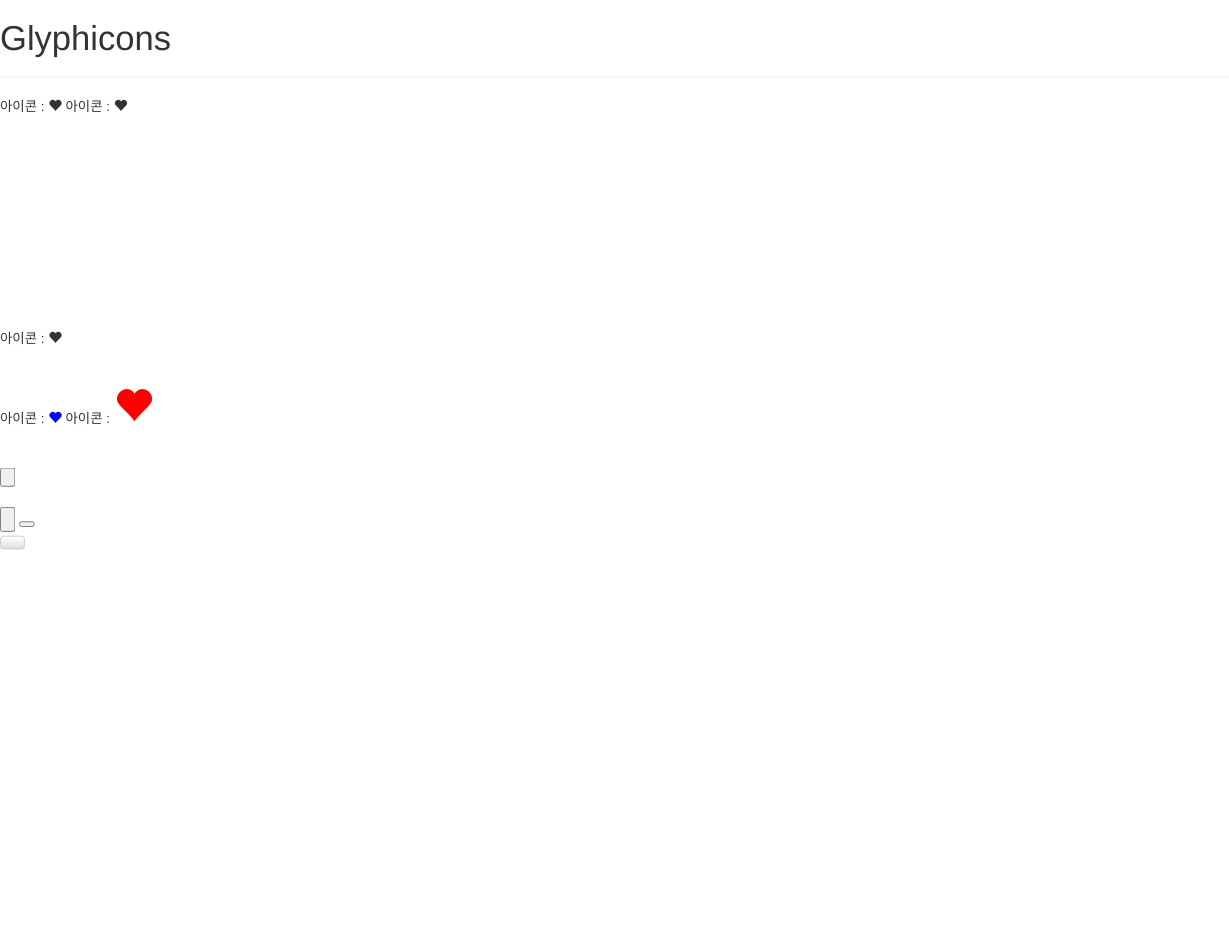
Repository: Umkimisstrong/UM_Webbb
Page: BootstrapApp/WebContent/BootEx08.html
The author's editor kept a copy of each file at every save. The page is drawn from the files as they stood at one save, then again after the next save.
The browser window is 1280 px wide. The pictures show the whole page, at 96% of full size.

Above is the page before, as saved 2022-05-16 05:29:16.

### BootstrapApp/WebContent/BootEx08.html
<!DOCTYPE html>
<html>
<head>
<meta charset="UTF-8">
<title>BootEx08.html</title>

<link rel="stylesheet" type="text/css" href="css/bootstrap.css">
<script type="text/javascript" src="http://code.jquery.com/jquery.min.js"></script>
<script type="text/javascript" src="js/bootstrap.min.js"></script>


<!-- 추가 check!! -->
<link rel="stylesheet" type="text/css" href="css/bootstrap-theme.css">

</head>
<body>

<div>
	<h1>Glyphicons</h1>
	<hr />
</div>


<!-- glyphicon 의 속성은 text 이다... (그림처럼 보이지만) -->
<div>
	아이콘 : <span class="glyphicon glyphicon-heart"></span>
	아이콘 : <span class="glyphicon glyphicon-heart" style="height: 200px;"></span>
</div>
<br /><br />

<div>
	아이콘 : <span class="glyphicon glyphicon-heart" style="width: 200px;"></span>
</div>
<br /><br />


<div>
	아이콘 : <span class="glyphicon glyphicon-heart" style="color: blue;"></span>
	아이콘 : <span class="glyphicon glyphicon-heart" style="font-size: 30pt; color: red;""></span>
</div>
<br /><br />


<!-- 글리피콘 QR 코드 적용은 안돼네? -->
<!-- Attribute Content Type → Simple Type ▶ 적용되지 않음 -->
<div>
	<input type="button"  class="glyphicon glyphicon-qrcode"/>
</div>
<br />

<!-- Simple type -->
<input type="button" />

<!-- Complex type -->
<button type="button"></button>

<!-- Atrribute Content type - complex type 적용됨 -->
<div>
	<button type="button" class="btn btn-default">

	</button>
</div>


























<br />
<br />
<br />
<br />
<br />
<br />
<br />
<br />
<br />
<br />
<br />
<br />
<br />
<br />
<br />
<br />
<br />
<br />
<br />
<br />









</body>
</html>

Loaded but not shown: BootstrapApp/WebContent/css/bootstrap.css (library); BootstrapApp/WebContent/js/bootstrap.min.js (library); BootstrapApp/WebContent/css/bootstrap-theme.css (library)

After the next save:
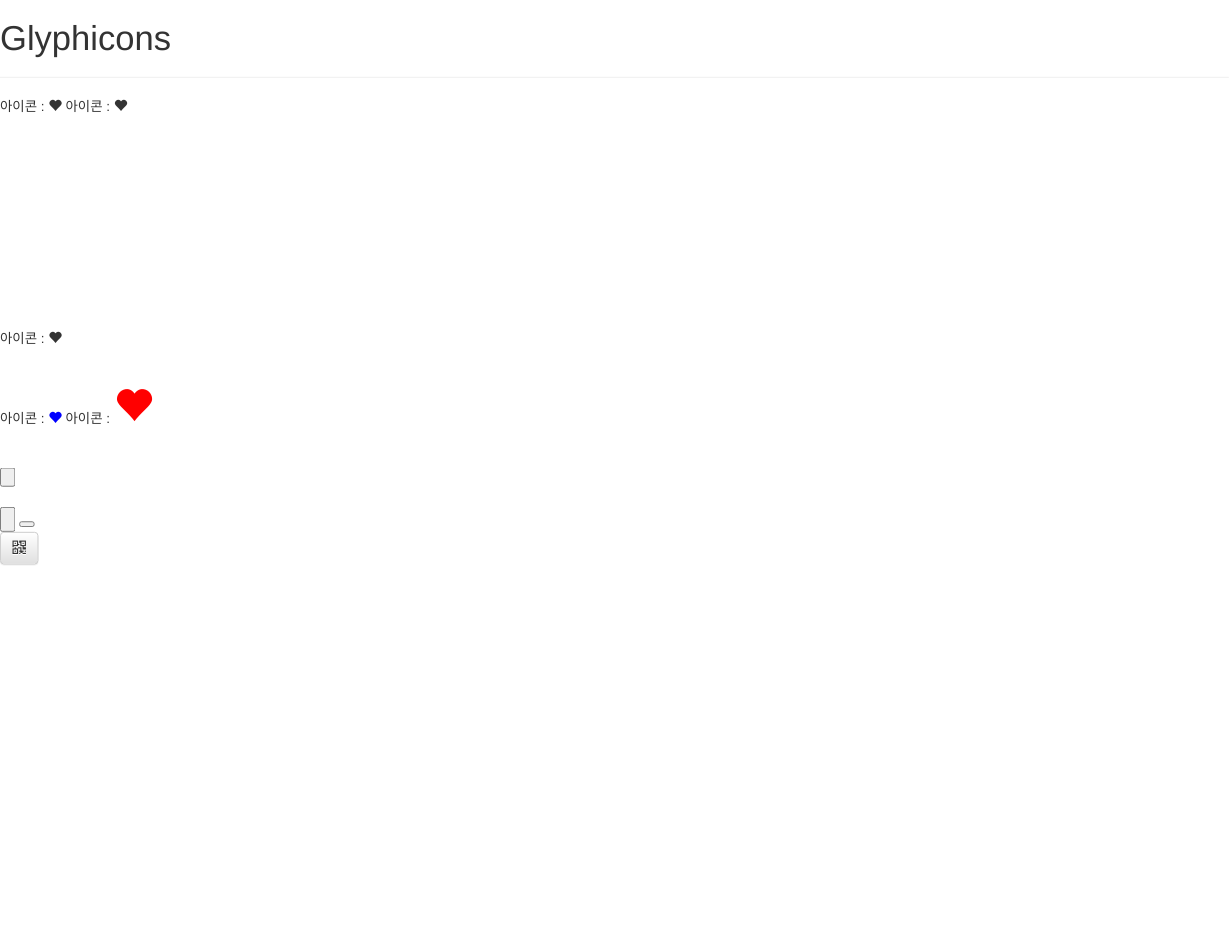
Saved 18 s later.
--- a/BootstrapApp/WebContent/BootEx08.html
+++ b/BootstrapApp/WebContent/BootEx08.html
@@ -57,7 +57,7 @@
 <!-- Atrribute Content type - complex type 적용됨 -->
 <div>
 	<button type="button" class="btn btn-default">
-
+		<span class="glyphicon glyphicon-qrcode"></span>
 	</button>
 </div>
 
